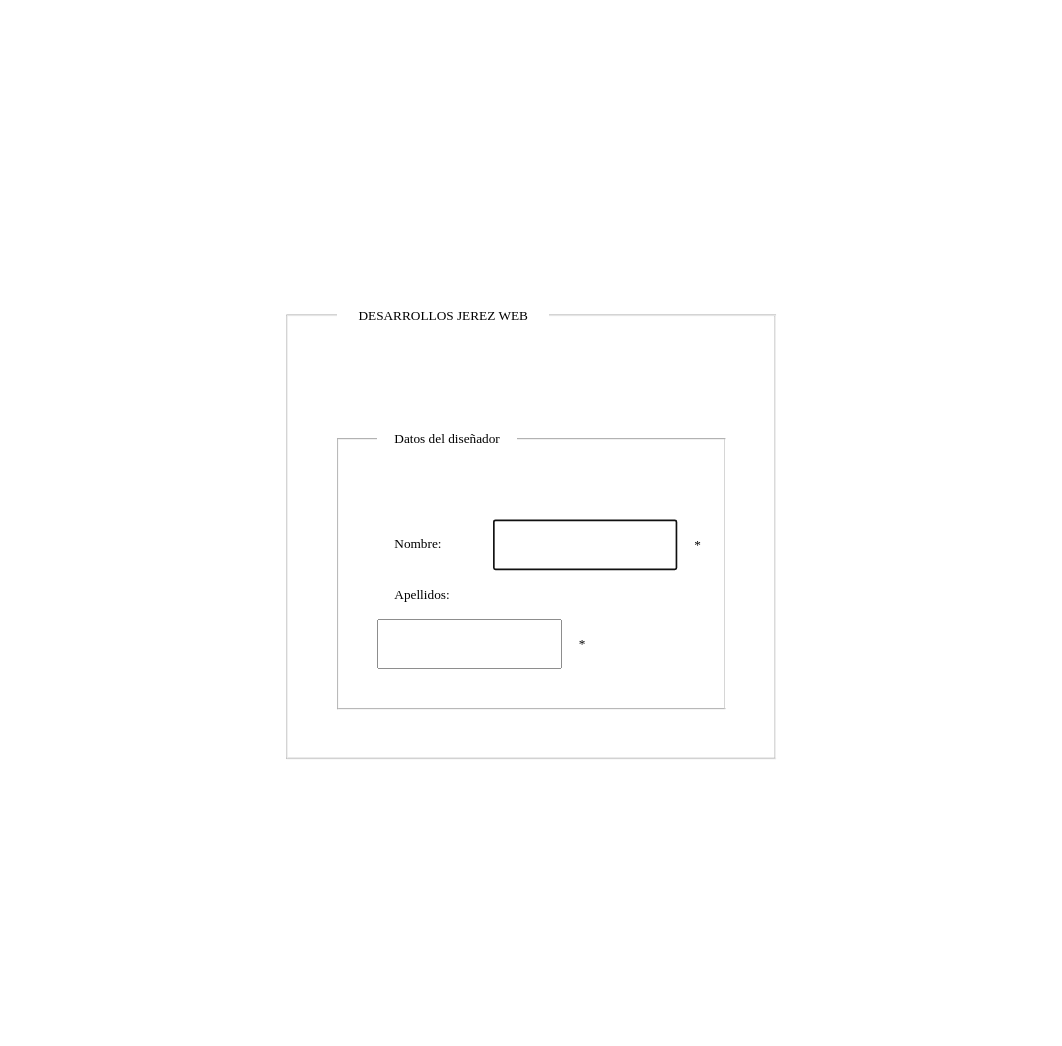
Repository: iSaan86/EV_Practica_FormularioCSS
Page: index.html
These files come from the project's save history. The page is drawn as it stood at one moment and after the next save; the edit follows.
The browser window is 1280 px wide. The pictures show the whole page, at 83% of full size.

Above is the page before, as saved 2024-01-11 16:32:53.

### index.html
<!DOCTYPE html>
<html lang="es-ES">

<head>
    <meta charset="UTF-8">
    <meta name="viewport" content="width=device-width, initial-scale=1.0">
    <meta name="keywords" content="formulario, html, css, practica">
    <meta name="description" content="Formularios">
    <meta name="author" content="Alexandra Ferrera Arenas">
    <link rel="icon" type="image/x-icon" href="img/logo-giro.png">
    <link rel="stylesheet" href="css/estilo.css">
    <title> PRACTICA DE FORMULARIOS </title>
</head>

<body>
    <!-- ABRO FORMULARIO -->
    <form method="get" action="" name="formulario1" id="formulario1">
        <!--AGRUPACION GENERAL-->
        <fieldset>
            <legend class="datos">DESARROLLOS JEREZ WEB</legend>
            <fieldset><legend class="datos">Datos del diseñador</legend>
                <label for="nombre">Nombre:</label><input type="text" id="nombre" name="nombre" alt="indique su nombre"  autofocus required minlength="2" maxlength="50">*<br>
                <label for="apellido1">Apellidos:</label><input type="text" id="apellidos" name="apellidos" alt="indique sus apellidos" required minlength="2" maxlength="50">*<br>


            </fieldset>














        </fieldset>
    </form>




</body>





</html>

### css/estilo.css
@charset "UTF-8";
/* Para todo el html */
*{
    padding: 5%;
    margin:5%;
}

After the next save:
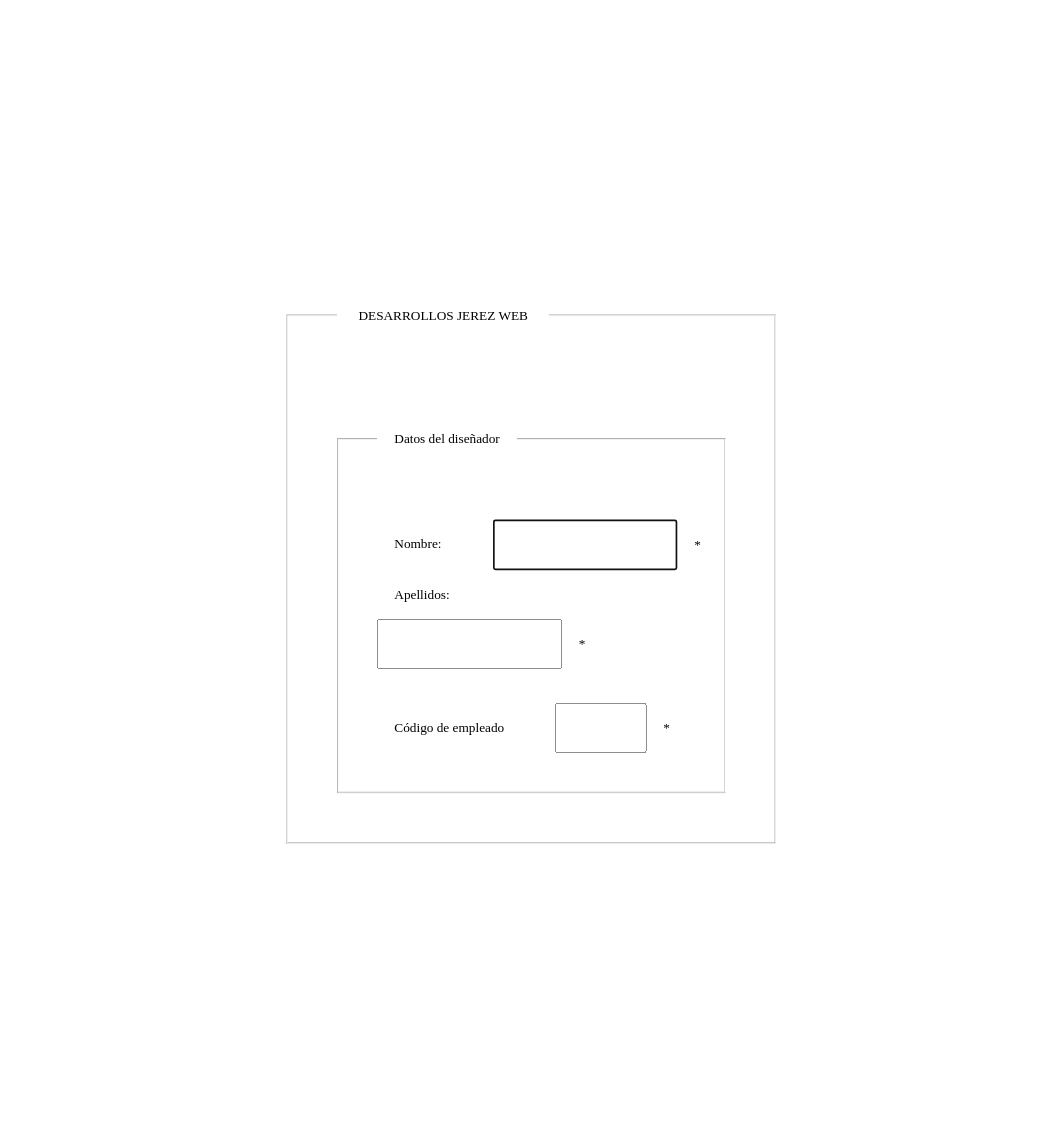
Saved 3 min 2 s later.
--- a/index.html
+++ b/index.html
@@ -20,8 +20,8 @@
             <legend class="datos">DESARROLLOS JEREZ WEB</legend>
             <fieldset><legend class="datos">Datos del diseñador</legend>
                 <label for="nombre">Nombre:</label><input type="text" id="nombre" name="nombre" alt="indique su nombre"  autofocus required minlength="2" maxlength="50">*<br>
-                <label for="apellido1">Apellidos:</label><input type="text" id="apellidos" name="apellidos" alt="indique sus apellidos" required minlength="2" maxlength="50">*<br>
-
+                <label for="apellidos">Apellidos:</label><input type="text" id="apellidos" name="apellidos" alt="indique sus apellidos" required minlength="2" maxlength="50">*<br>
+                <label for="codigo">Código de empleado</label><input type="number" id="codigo" name="codigo" alt="indique su código de empleado" required min="1300" max="1400">*<br>
 
             </fieldset>
 
